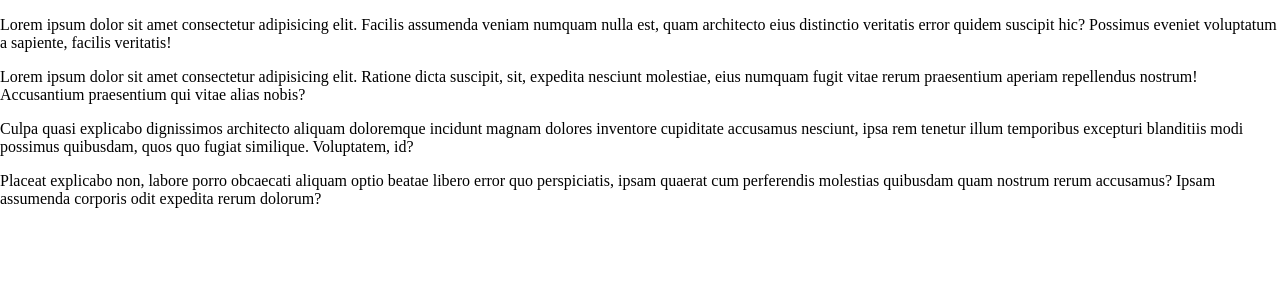
Repository: zuuo/--
Page: 1/index.html
These files come from the project's save history. The page is drawn as it stood at one moment and after the next save; the edit follows.
The browser window is 1280 px wide. The pictures show the whole page.
The style sheet was rebuilt from its Sass, Less or Tailwind sources for each picture, by a compiler version that may differ from the author's.

Above is the page before, as saved 2024-02-29 15:25:40.

After the next save:
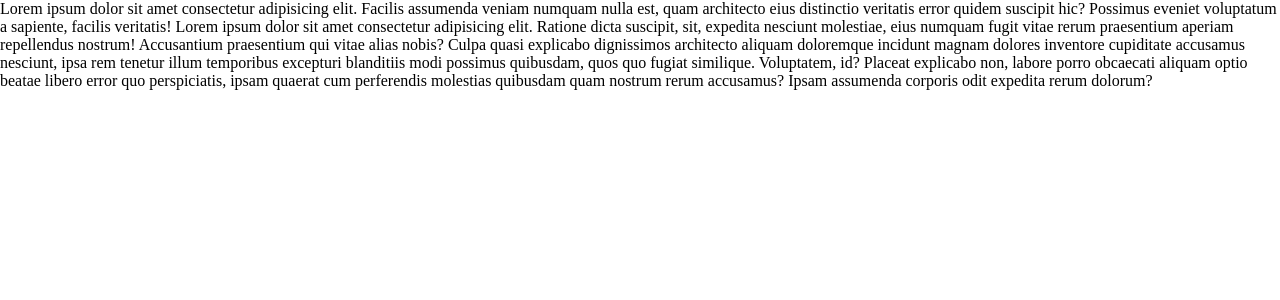
Saved 3 min 50 s later.
--- a/1/index.html
+++ b/1/index.html
@@ -9,14 +9,12 @@
 </head>
 
 <body>
-    <p>Lorem ipsum dolor sit amet consectetur adipisicing elit. Facilis assumenda veniam numquam nulla est, quam architecto eius distinctio veritatis error quidem suscipit hic? Possimus eveniet voluptatum a sapiente, facilis veritatis!
-    </p>
-    <p>Lorem ipsum dolor sit amet consectetur adipisicing elit. Ratione dicta suscipit, sit, expedita nesciunt molestiae, eius numquam fugit vitae rerum praesentium aperiam repellendus nostrum! Accusantium praesentium qui vitae alias nobis?</p>
-    <p>Culpa quasi explicabo dignissimos architecto aliquam doloremque incidunt magnam dolores inventore cupiditate accusamus nesciunt, ipsa rem tenetur illum temporibus excepturi blanditiis modi possimus quibusdam, quos quo fugiat similique. Voluptatem,
+    <span>Lorem ipsum dolor sit amet consectetur adipisicing elit. Facilis assumenda veniam numquam nulla est, quam architecto eius distinctio veritatis error quidem suscipit hic? Possimus eveniet voluptatum a sapiente, facilis veritatis!
+    </span>
+    <span>Lorem ipsum dolor sit amet consectetur adipisicing elit. Ratione dicta suscipit, sit, expedita nesciunt molestiae, eius numquam fugit vitae rerum praesentium aperiam repellendus nostrum! Accusantium praesentium qui vitae alias nobis?</span>
+    <span>Culpa quasi explicabo dignissimos architecto aliquam doloremque incidunt magnam dolores inventore cupiditate accusamus nesciunt, ipsa rem tenetur illum temporibus excepturi blanditiis modi possimus quibusdam, quos quo fugiat similique. Voluptatem,
         id?
-    </p>
-    <p>Placeat explicabo non, labore porro obcaecati aliquam optio beatae libero error quo perspiciatis, ipsam quaerat cum perferendis molestias quibusdam quam nostrum rerum accusamus? Ipsam assumenda corporis odit expedita rerum dolorum?
-    </p>
+    </span>
+    <span>Placeat explicabo non, labore porro obcaecati aliquam optio beatae libero error quo perspiciatis, ipsam quaerat cum perferendis molestias quibusdam quam nostrum rerum accusamus? Ipsam assumenda corporis odit expedita rerum dolorum?
+    </span>
 </body>
-
-</html>
